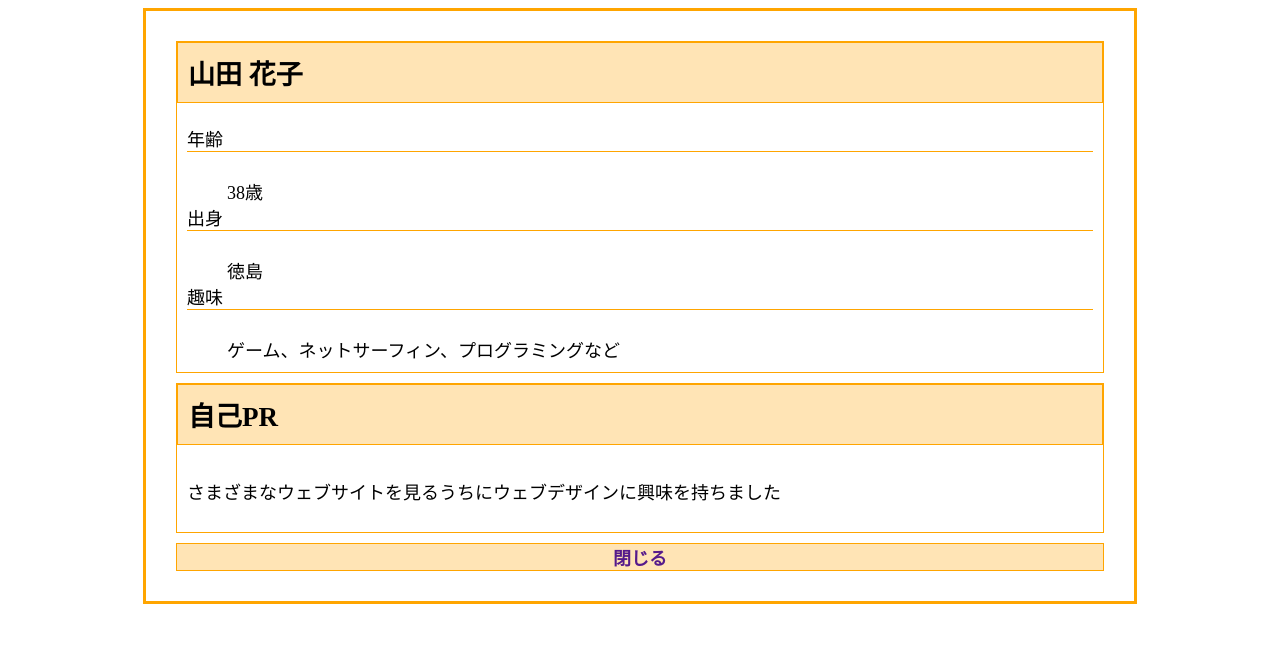
Repository: tomimaler/dc_work_tamachi_inagaki_html
Page: practice_box/practice_box.html
The author's editor kept a record of every edit. The page is drawn from the files as they stood at one moment, then again after the next edit.
The browser window is 1280 px wide. The pictures show the whole page.

Above is the page before.

### practice_box/practice_box.html
<!DOCTYPE html>
<html lang="ja">
<head>
   <meta charset="UTF-8">
   <title>4章実習</title>
   <link rel="stylesheet" href="practice_box.css">
</head>
<body>
   <div class="container">
    <div class="status">
     <h2>山田 花子</h2>
     <dl>
         <dt>年齢</dt>
         　   <dd>38歳</dd>
         <dt>出身</dt>
         　  <dd>徳島</dd>
         <dt>趣味</dt>
         　   <dd>ゲーム、ネットサーフィン、プログラミングなど</dd>
     </dl>
    </div>
    <div class="promotion">
        <h2>自己PR</h2>
        <p>さまざまなウェブサイトを見るうちにウェブデザインに興味を持ちました</p>
    </div>
    <a href="">閉じる</a>
   </div>
</body>
</html>

### practice_box/practice_box.css
.container {
    width:75%;
    border:solid 3px orange;
    margin:0 auto;
    padding:20px;
   font-size:18px;
}

.status {
    border:solid 1px orange;
    margin:10px;
}

.promotion {
    border:solid 1px orange;
    margin:10px;
}

dt {
    border-bottom:solid 1px orange;
    padding-bottom:0;
    margin-bottom:0;
}

h2 {
    border:solid 1px orange;
    background-color:Moccasin;
    text-align:left;
    margin-top:0;
    padding:10px;
}

dl {
    list-style:none;
    margin:10px;
}

dd {
    padding-top:0;
    margin-top:0
}

p {
    padding:10px;
}

a {
    text-align:center;
    text-decoration:none;
    font-weight:bold;
    display:block;
    background-color:Moccasin;
    border:solid 1px orange;
    margin:10px;
}

After the next edit:
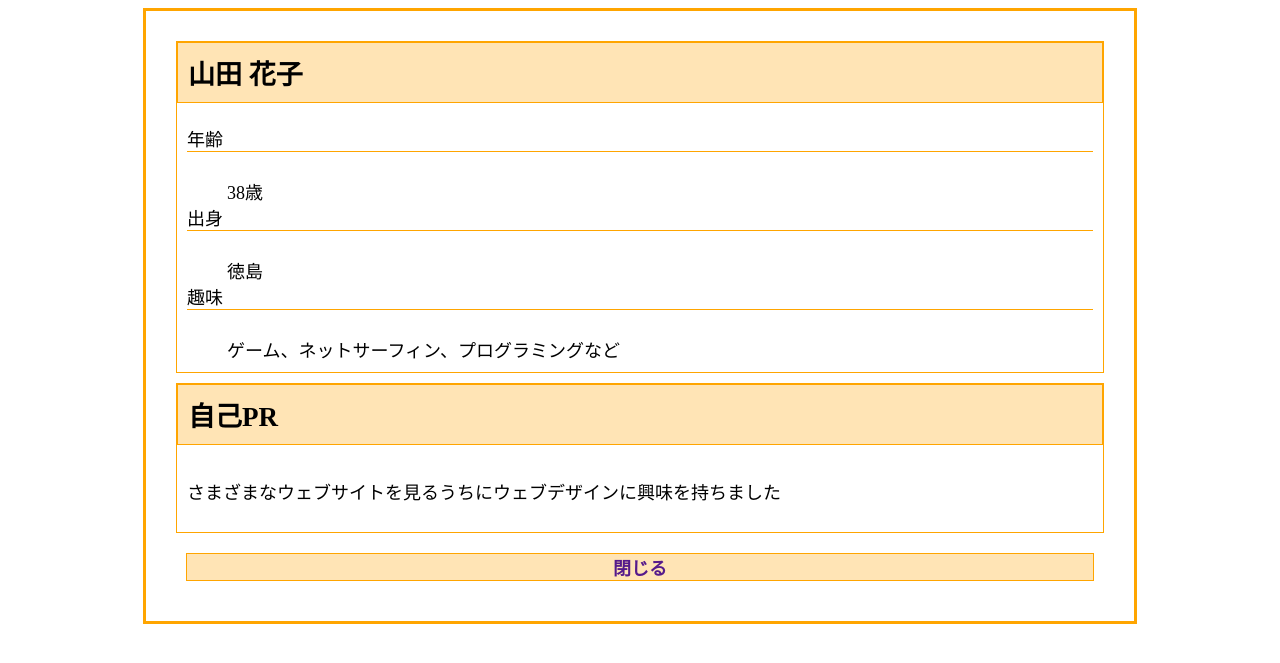
The edit:
--- a/practice_box/practice_box.css
+++ b/practice_box/practice_box.css
@@ -51,5 +51,5 @@
     display:block;
     background-color:Moccasin;
     border:solid 1px orange;
-    margin:10px;
+    margin:20px;
 }
